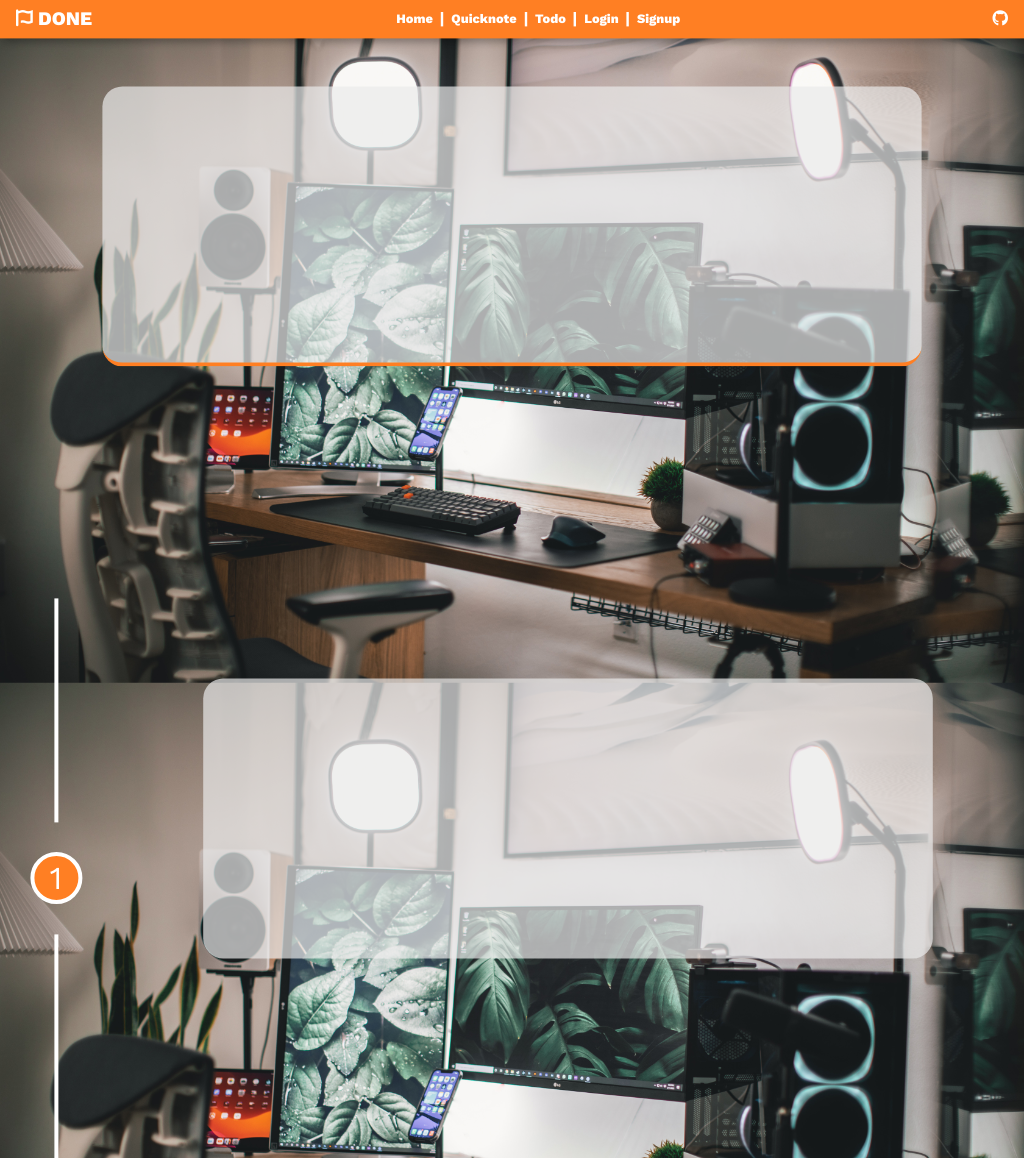
Repository: OmarEssameldinMousa/DONE
Page: quicknote.html
The author's editor kept a copy of each file at every save. The page is drawn from the files as they stood at one save, then again after the next save.
The browser window is 1280 px wide. The pictures show the whole page, at 80% of full size.
Backgrounds fixed to the window are drawn as part of the page. Some web fonts or font styles are not loaded; a fallback is used.

Above is the page before, as saved 2023-12-18 00:20:19.

### quicknote.html
<!DOCTYPE html>
<html lang="en">

<head>
    <meta charset="UTF-8">
    <meta http-equiv="X-UA-Compatible" content="IE=edge">
    <meta name="viewport" content="width=device-width, initial-scale=1.0">
    <title>My Challenges</title>
    <!-- Render All Elements Normally -->
    <link rel="stylesheet" href="css/normalize.css">
    <!-- Font Awesome Library -->
    <link rel="stylesheet" href="css/all.min.css">
    <!-- Main Template CSS File -->
    <link rel="stylesheet" href="CSS/styles.css">
    <link rel="stylesheet" href="css/challenges.css">
    <!-- Google Fonts -->
    <link rel="preconnect" href="https://fonts.googleapis.com">
    <link rel="preconnect" href="https://fonts.gstatic.com" crossorigin>
    <link
        href="https://fonts.googleapis.com/css2?family=Kablammo&family=VT323&family=Work+Sans:wght@200;300;400;500;600;800&display=swap"
        rel="stylesheet">
    <link rel="preconnect" href="https://fonts.googleapis.com" />
    <link rel="preconnect" href="https://fonts.gstatic.com" crossorigin />
    <link href="https://fonts.googleapis.com/css2?family=Cairo:wght@300;400;700&display=swap" rel="stylesheet" />
</head>

<body>
    <header>
        <nav>
            <!-- Logo with Font Awesome Icon -->
            <div class="logo">
                <i class="fab fa-font-awesome-flag"></i> DONE
            </div>

            <!-- Left-side Navigation Links -->
            <ul class="navlist">
                <li><a href="index.html">Home</a></li>
                <li><a href="quicknote.html">Quicknote</a></li>
                <li><a href="mytasks.html">Todo</a></li>
                <li><a href="#">Login</a></li>
                <li><a href="#">Signup</a></li>
            </ul>

            <!-- Right-side GitHub Icon -->
            <div class="github-icon">
                <a rel="" href="https://github.com/yourusername" target="_blank">
                    <i class="fab fa-github" style="color: white;"></i>
                </a>
            </div>
        </nav>
    </header>

    <div class="addnote">
        <div class="ch_">
            <div class="container1 container1addnote">
            </div>
        </div>
    </div>

    <div class="Challenges-website">

        <div class="bar">
            <div class="repated-line-circle">
                <div class="line-circle">
                    <div class="upper-line">
                    </div>
                    <a href="https://elzero.org/frontend-card-with-transparent-img/" target="_self">
                        <div class="circle">
                            <p>1</p>
                        </div>
                    </a>
                    <div class="lower-line"></div>
                </div>
            </div>
        </div>

        <div class="challenges">
            <div class="ch_">
                <div class="container1">
                </div>
            </div>
        </div>

    </div>
</body>

</html>

### CSS/styles.css
/* Start Variables */
:root{
    --main-color: rgba(235, 235, 235, 0.6);
    --secondery-color: #ff7f23;
    --third-color:#333;
}
/* End Variables */
/* Special Heading */
.special-heading{
    color: #ebeced;
    font-size: 100px;
    text-align: center;
    font-weight: 800;
    letter-spacing: -3px;
    margin: 0;

}
.special-heading + p{
    margin-top: -30px;
    text-align: center;
    font-size: 20px;
    color: #797979;
}
/* End Special Heading */
/* Start Global Rules */
*{
    -webkit-box-sizing: border-box;
    -moz-box-sizing: border-box;
    box-sizing: border-box;
}

body{

    font-family: 'Kablammo', cursive;
    font-family: 'Work Sans', sans-serif;
    background-color: #797979;

}

.container{
    padding-left: 15px;
    padding-right: 15px;
    margin-left: auto;
    margin-right: auto;
    background-color: #fff;
    margin: auto;
    width: 600px;
}

/*very small screens*/
@media (max-width: 767px){
    .container{
        .special-heading{
            font-size: 60px;
        }
        .special-heading + p{
            margin-top: -20px;
        }

        .landing{
            flex-direction: column;
            text-align: center;
        }
    }
    .navlist{
        display: none;
    }


}
/*small screens*/
@media (min-width: 768px){
    .container{
        width: 750px;
    }
}
/*Medium screens*/
@media (min-width: 992px){
    .container{
        width: 970px;
    }
}
/*Large screens*/
@media (min-width: 1200px){
    .container{
        width: 1170px;
    }
}
/* End Global Rules */


html{
    scroll-behavior: smooth;
}
/* navigation bar */

nav {
    background-color:  var(--secondery-color);
    color: white;
    display: flex;
    align-items: center;
    justify-content: space-between;
    padding: 10px 20px;
    box-shadow: 5px 5px 10px rgba(0, 0, 0, 0.3);
}
nav ul {
    list-style: none;
    margin: 0;
    padding: 0;
    display: flex;
}
nav ul li {
    margin-right: 10px;
    font-weight: bold;
}
nav ul li:not(:last-child) {
    border-right: solid 3px white;
    padding-right: 10px;
}
nav ul li a {
    text-decoration: none;
    color: white;
}
nav ul li a:hover {
    color: var(--main-color); /* Change color on hover */
}
.logo {
    font-size: 24px;
    font-weight: bold;
}
.github-icon {
    font-size: 20px;
    color: white;
}

.heading{
    display: flex;
    align-items: center;
    justify-content: center;
    margin-top: 50px;
    height: auto;
}

.landing{
    width: 100%;

    background-color: none;
    display: flex;
    flex-direction: row;

}

.landing h1{
    color: var(--secondery-color);
    font-size: 50px;
    font-weight: 900;
    padding: 30px;
}
.landing p{
    font-size: 20px;
}
.landing .logoimage img{
    width: 400px;
    position: relative;
    animation: topdown 2s ease-in-out infinite;
}

.landing .landingtext .buttons{
    margin: 30px;
    top: 150px;
}
@keyframes topdown {
    0%, 100% {
        top: 0; /* Starting and ending position (top) */
    }
    50% {
        top: 5px; /* Middle position (top) */
    }
}


.explore{
    height: auto;
    text-align: center;
    display: block;
    padding: 10px;
    transition: 0.3s;
    width: min-content;
    margin: 30px auto ;
}
.explore a,
.explore h1{
    color: var(--secondery-color);
    font-weight: 900;
    transform: 0.3s;
    text-decoration: none;
}

.landing .logoimage{
    position: relative;
}
.explore a:hover,
.explore:hover{
    background-color:var(--secondery-color);
    border-radius: 20px;
    color: #ebeced;
    cursor: pointer;
}



/* to do demo */
.tododemo{
    height: 100vh;
    background-color: var(--secondery-color);
    box-shadow: rgba(0, 0, 0, 0.3) 0px -4px 20px 9px;

}

### CSS/challenges.css
* {
    -webkit-box-sizing: border-box;
    -moz-box-sizing: border-box;
    box-sizing: border-box;
    padding: 0;
    margin: 0;
}
a {
    text-decoration: none;
    color: black;
}
ul {
    list-style: none;
    margin: 0;
    padding: 0;
}
html {
    scroll-behavior: smooth;
}
body {
    /* background-image: linear-gradient(90deg, #ff7f23  , rgba(235, 235, 235, 0.6)  ); */
    background-image: url(../images/backgroundimage.jpg);
    background-size: cover;
    background-repeat: no-repeat;
    background-attachment: fixed;
}
@media (max-width: 767px){
    body{
        background-image: url(../images/ben-kolde-bs2Ba7t69mM-unsplash.jpg)
    }
    .bar{
        display: none;
    }
    /* .challenges .container1{
        width: 400px;
    }*/
    .ch_:hover .container1{
        width: calc(50%);
        height: 550px;
        background-color: rgba(211, 211, 211, 0.6);
    }

}
/*small screens*/
@media (min-width: 768px){
    /* .container1{
        width: 600px;
    } */
}
/*Medium screens*/
@media (min-width: 992px){
    /* .container1{
        width: 800px;
    } */
}
/*Large screens*/
@media (min-width: 1200px){
    /* .container1{
        width: 1000px;
    } */
}
.Challenges-website{
    display: flex;
}
/*start bar*/
.Challenges-website .bar{
    width: 140px;
    padding: 0 67.5px;
}
.Challenges-website .bar .repated-line-circle{
    width: 5px;
    height: 700px;
}
.Challenges-website .bar .line-circle{
    display: flex;
    flex-direction: column;
    width: 100%;
    height: 100%;
    justify-content: space-between;
    align-items: center;
}
.Challenges-website .bar .line-circle .upper-line{
    width: 100%;
    height: 40%;
    background-color: white;
}
.Challenges-website .bar .line-circle .circle{
    width: 65px;
    height: 65px;
    background-color: #ff7f23;
    border-radius: 50%;
    text-align: center;
    position: relative;
    transition: 0.3s;
    border: 5px solid white;
}
.Challenges-website .bar:hover .circle{
    width: 110px;
    height: 110px;
    border-radius: 40%;

}
.Challenges-website .bar:hover .circle + p{
    font-size: 70px;
    color: white
}
.Challenges-website .bar .line-circle .circle p{
    position: absolute;
    left: 50%;
    top: 50%;
    transform: translate(-50%, -50%);
    font-size: 40px;
    color: white;
}
.line-circle .circle p a{
    text-decoration: none;
}
.Challenges-website .bar .line-circle .lower-line{
    width: 5px;
    height: 40%;
    background-color: white;
}
/*end bar*/
/* start challenges*/
.Challenges-website .challenges{
    display: flex;
    flex: 1;
    justify-content: center;
    background-color: transparent;
    flex-direction: column;
}
.ch_{
    height: 700px;
    padding-top: 50px;
    position: relative;
}

.container1{
    background-color: rgba(235, 235, 235, 0.694);
    width: 80%;
    height: 350px;
    margin: 50px auto;
    border-radius: 25px;
    border-width: 0;
    transition: 0.3s;
    position: relative;
}
.ch_:hover .container1{
    width: calc(80% + 20px);
    height: 360px;
    background-color: rgba(211, 211, 211, 0.6);
}


.container1addnote{
    border-bottom: #ff7f23 solid 5px;
    margin: 10px auto;

}

/* ---------------------------------------------------------------------------------------- */

Loaded but not shown: CSS/normalize.css (library); CSS/all.min.css (library)

After the next save:
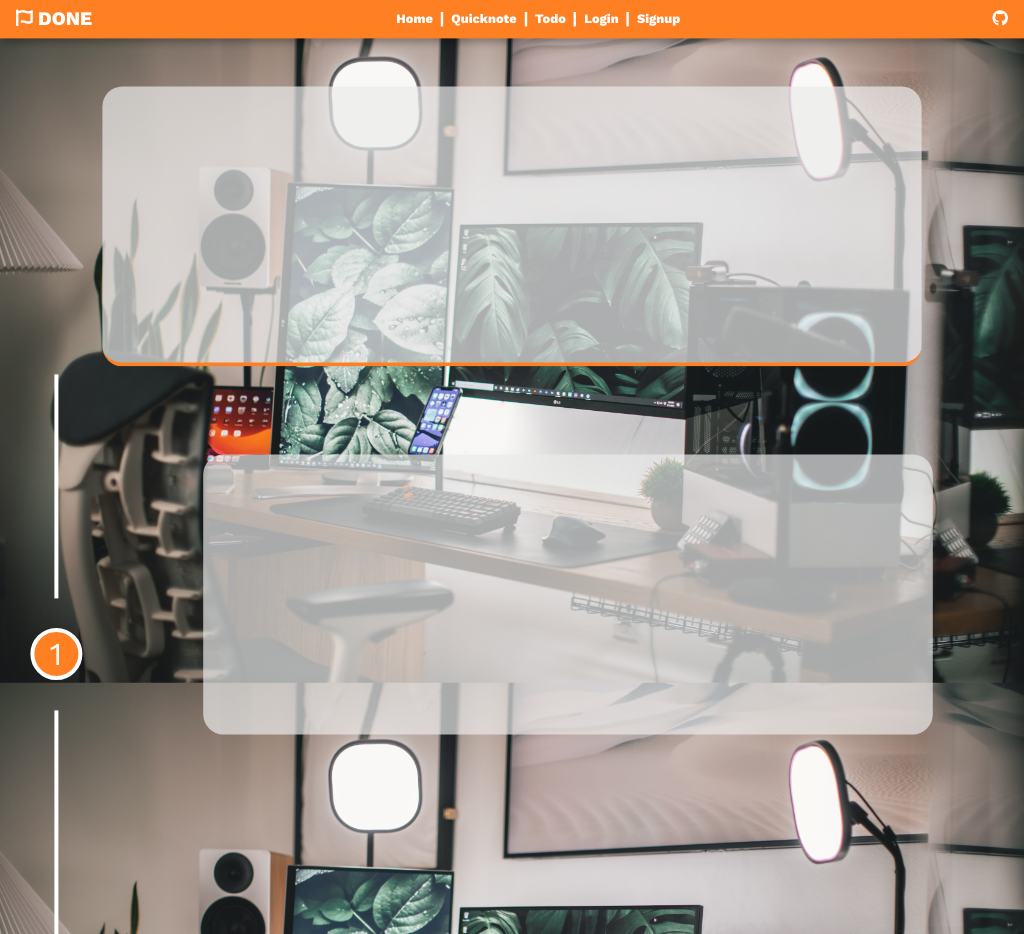
Saved 2 min 5 s later.
--- a/quicknote.html
+++ b/quicknote.html
@@ -51,7 +51,8 @@
     </header>
 
     <div class="addnote">
-        <div class="ch_">
+        <div class="ch_" style="margin: 0px;
+        height: auto;">
             <div class="container1 container1addnote">
             </div>
         </div>
